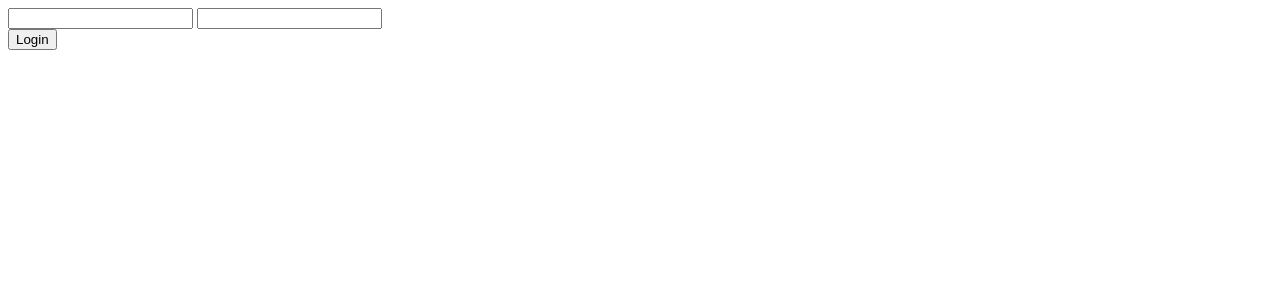
Repository: SuYOUNGgg/JavaStudy
Page: JavaProgramming/0513/TestWeb/WebContent/Testform.html
The author's editor kept a copy of each file at every save. The page is drawn from the files as they stood at one save, then again after the next save.
The browser window is 1280 px wide. The pictures show the whole page.

Above is the page before, as saved 2020-05-13 02:51:50.

After the next save:
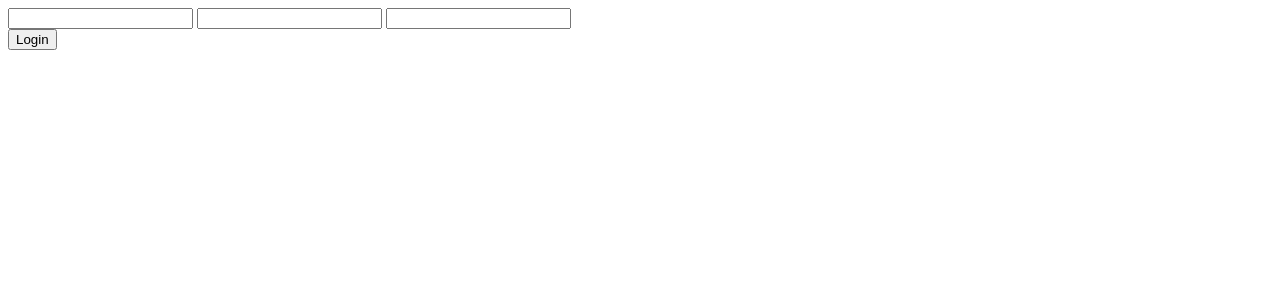
Saved 65 s later.
--- a/JavaProgramming/0513/TestWeb/WebContent/Testform.html
+++ b/JavaProgramming/0513/TestWeb/WebContent/Testform.html
@@ -13,6 +13,8 @@
 			return false;
 		}
 		var userPwd = document.getElementById("userPwd").value;
+		var userPwdConfirm = document.getElementById("userPwdConfirm").value;
+		alert(userPwd + "," + userPwdCinfirm);
 	}
 </script>
 </head>
@@ -20,6 +22,7 @@
 	<form action="StudentProcess.jsp" method="get">
 	<input type="text" name="userId" id="userId">
 	<input type="password" name="userPwd" id="userPwd">
+	<input type="password" name="userPwdConfirm" id="userPwdConfirm">
 	<br>
 	<input type="button" value="Login" onclick="CheckForm();">
 	</form>
